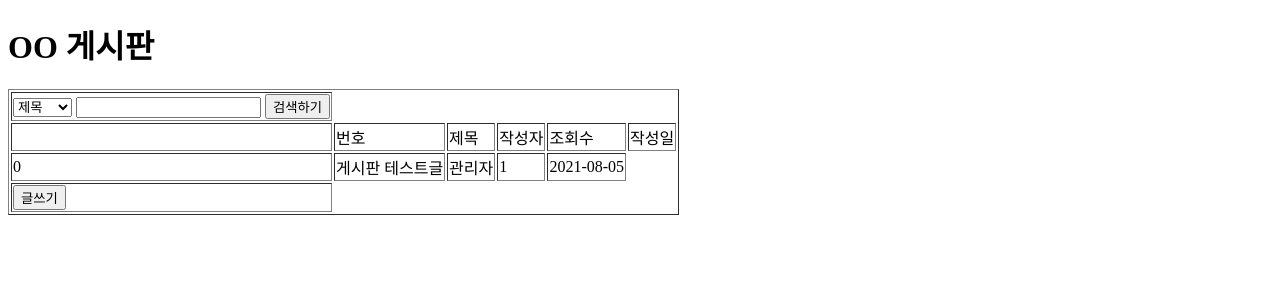
Repository: siucrystal/siuproject
Page: http://localhost/mini_project/board.jsp
These files come from the project's save history. The page is drawn as it stood at one moment and after the next save; the edit follows.
The browser window is 1280 px wide. The pictures show the whole page.
The page is served by Tomcat 9. Other server files are loaded and not shown.

Above is the page before, as saved 2023-09-21 06:58:21.

### jspws/mini_project/src/main/webapp/board.jsp
<%@ page language="java" contentType="text/html; charset=UTF-8"
    pageEncoding="UTF-8"%>
<!DOCTYPE html>
<html>
<head>
<meta charset="UTF-8">
<title>board</title>
</head>
<body>
	<h1>OO 게시판</h1>
	<table border='1'>
		<tbody>
			<tr>
				<td>
					<select>
						<option>제목</option>
						<option>내용</option>
						<option>작성자</option>
					</select>
					<input type="text" name="b_search" id="b_search">
					<input type="button" value="검색하기" id="b_searchBtn">
				</td>
			</tr>


			<th> <td>번호</td><td>제목</td><td>작성자</td><td>조회수</td><td>작성일</td> </th>
			<tr> <td>0</td> <td>게시판 테스트글</td><td>관리자</td><td>1</td><td>2021-08-05</td> </tr>


			<tr>
				<td><a href="write.jsp"><input type="button" value="글쓰기" id="b_writeBtn"></a></td>
			</tr>
		</tbody>
	</table>
</body>
</html>

After the next save:
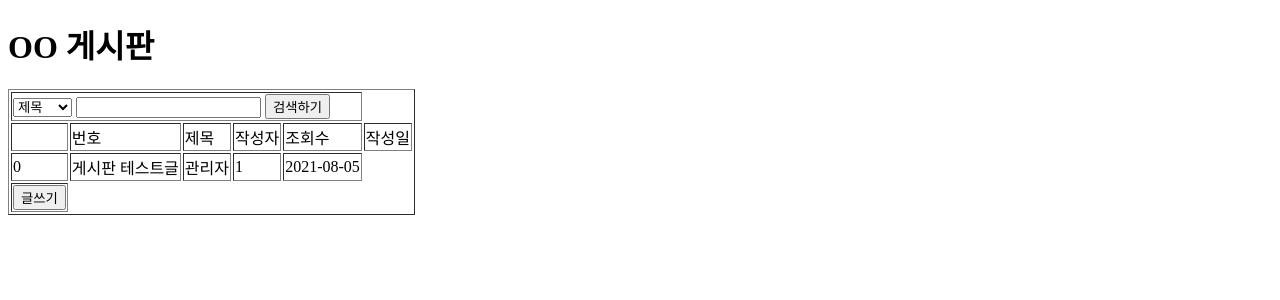
Saved 16 s later.
--- a/jspws/mini_project/src/main/webapp/board.jsp
+++ b/jspws/mini_project/src/main/webapp/board.jsp
@@ -11,7 +11,7 @@
 	<table border='1'>
 		<tbody>
 			<tr>
-				<td>
+				<td colspan="5">
 					<select>
 						<option>제목</option>
 						<option>내용</option>
